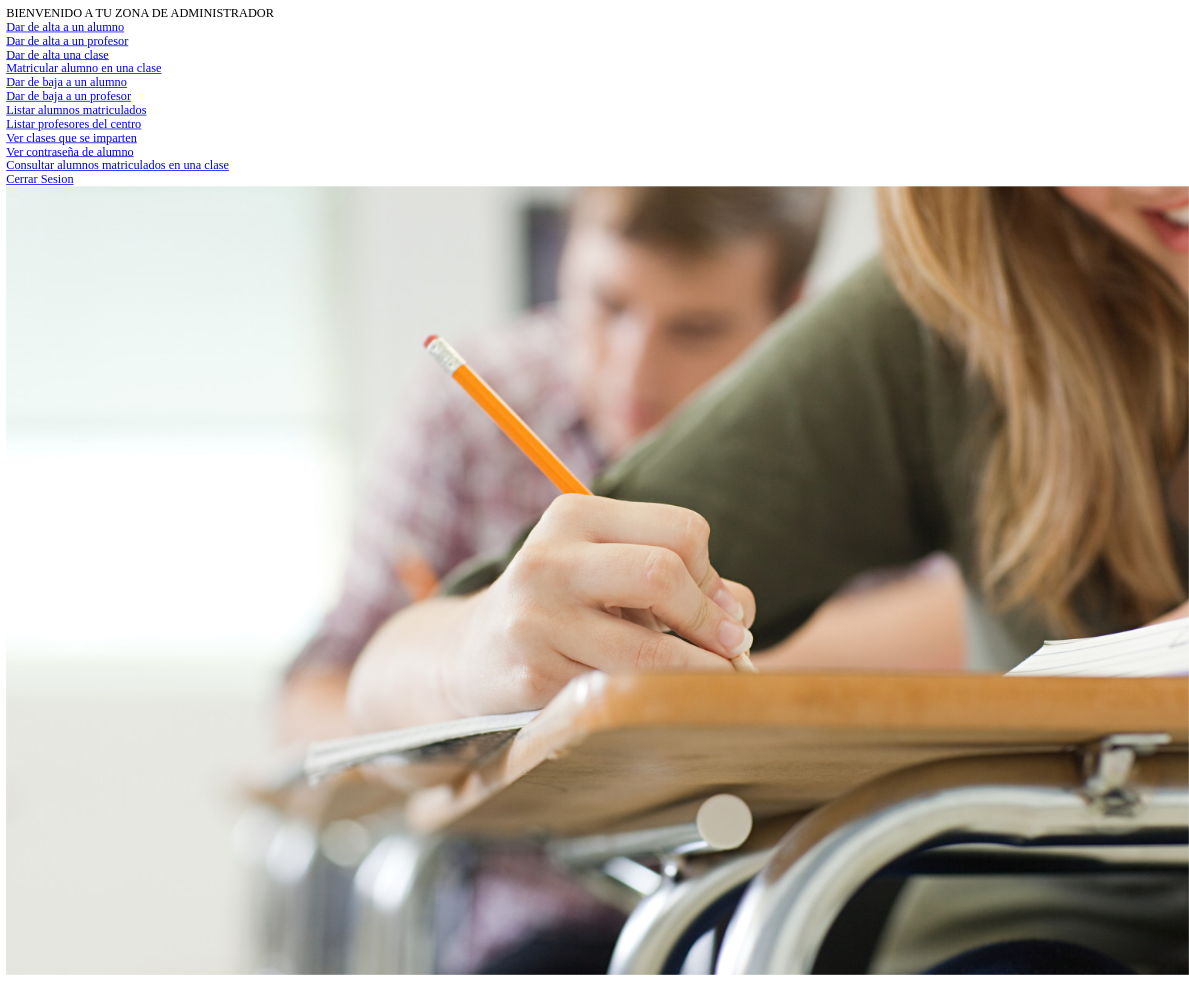
Repository: mmarjusticia/app_academia
Page: workspace/templates/_zonaPrivadaAdministrador.html
The author's editor kept a record of every edit. The page is drawn from the files as they stood at one moment, then again after the next edit.
The browser window is 1280 px wide. The page is 1544 px wide, so the pictures cover 1544 px, including what lies to the right of the window. The pictures show the whole page, at 77% of full size.

Above is the page before.

After the next edit:
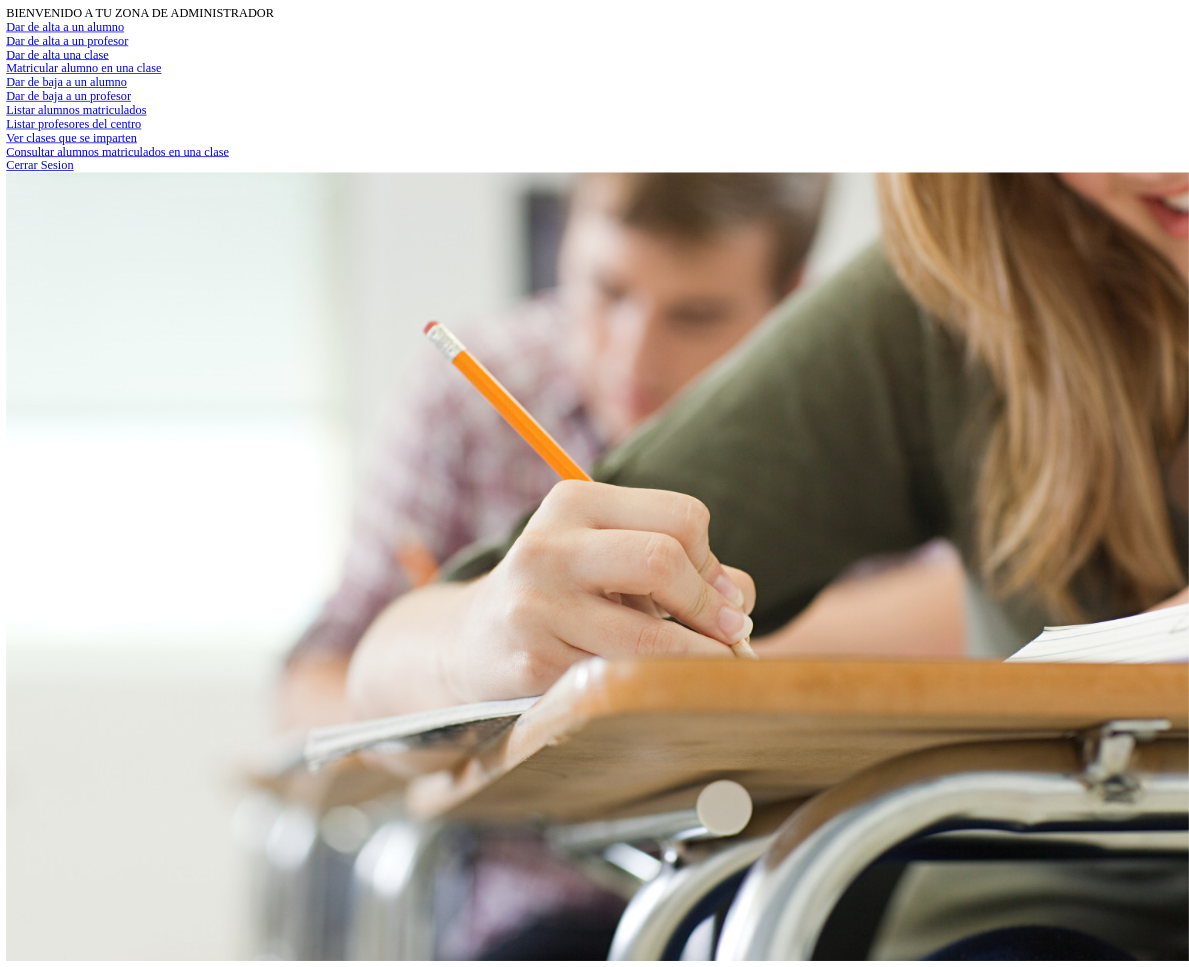
The edit:
--- a/workspace/templates/_zonaPrivadaAdministrador.html
+++ b/workspace/templates/_zonaPrivadaAdministrador.html
@@ -16,7 +16,7 @@
           <div><a href="index.php?op=ListarAlumno">Listar alumnos matriculados</a></div>
           <div><a href="index.php?op=ListarProfesor">Listar profesores del centro</a></div>
           <div><a href="index.php?op=ListarAsignaturas">Ver clases que se imparten</a></div>
-          <div><a href="index.php?op=ListarClaveAlumno">Ver contraseña de alumno</a></div>
+           <!--<div><a href="index.php?op=ListarClaveAlumno">Ver contraseña de alumno</a></div>-->
           <div><a href="index.php?op=ViewAlumnosPorAsignaturaDelCentro">Consultar alumnos matriculados en una clase</a></div>
           <div><a href="index.php?index.php?op=cerrarSesion">Cerrar Sesion</a></div>
           <!--<div><a href="index.php?op=Prueba">probar</a></div>-->
